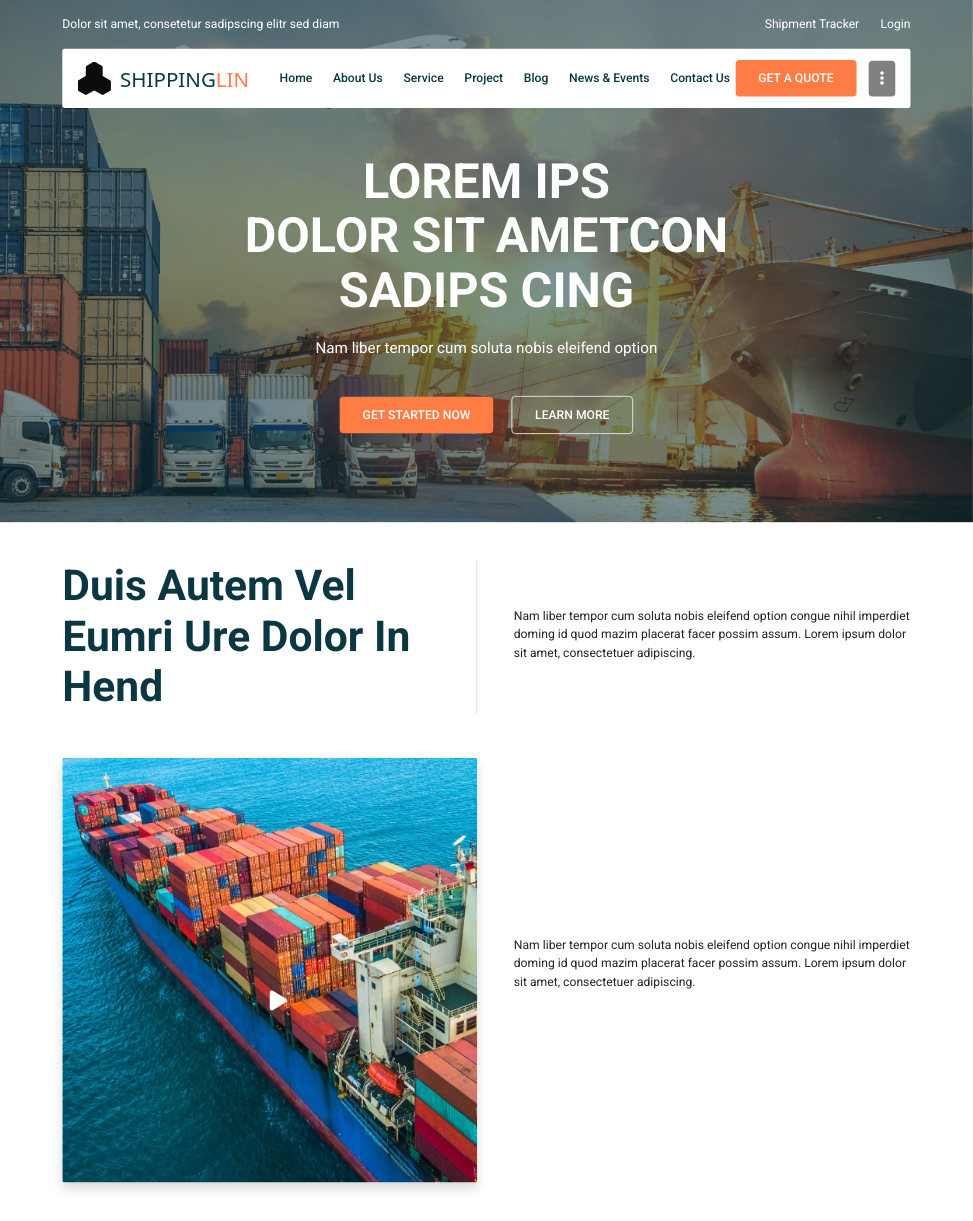
Repository: nazmulalok/shipping-template
Page: index.html
The author's editor kept a copy of each file at every save. The page is drawn from the files as they stood at one save, then again after the next save.
The browser window is 1280 px wide. The pictures show the whole page, at 76% of full size.

Above is the page before, as saved 2022-10-03 17:21:05.

After the next save:
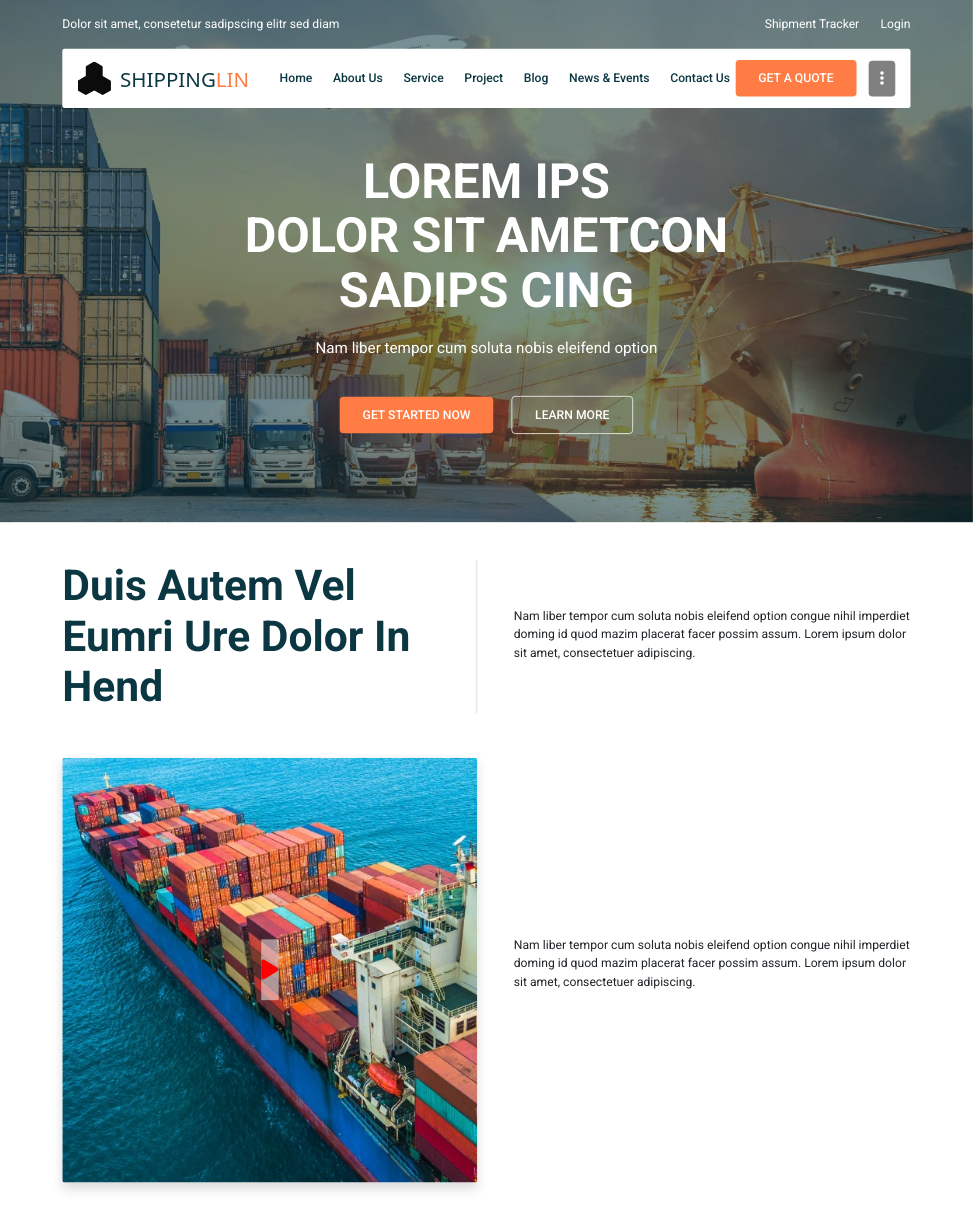
Saved 45 s later.
--- a/style.css
+++ b/style.css
@@ -270,13 +270,19 @@ figure.img-box img+figcaption {
     border: none;
     left: 50%;
     top: 50%;
+    -webkit-transform: translate(-50%, -50%);
+    transform: translate(-50%, -50%);
+    display: flex;
+    justify-content: center;
+    align-items: center;
     text-decoration: none !important;
+    background-color: rgb(255 255 255 / 0.5);
     box-shadow: none;
     transition: 0.5s;
 }
 
 .video-btn .fa-play {
-    color: var(--tertiary-color);
+    color: #ff0000;
     position: relative;
     z-index: 99;
     -webkit-transition: color 0.5s;
